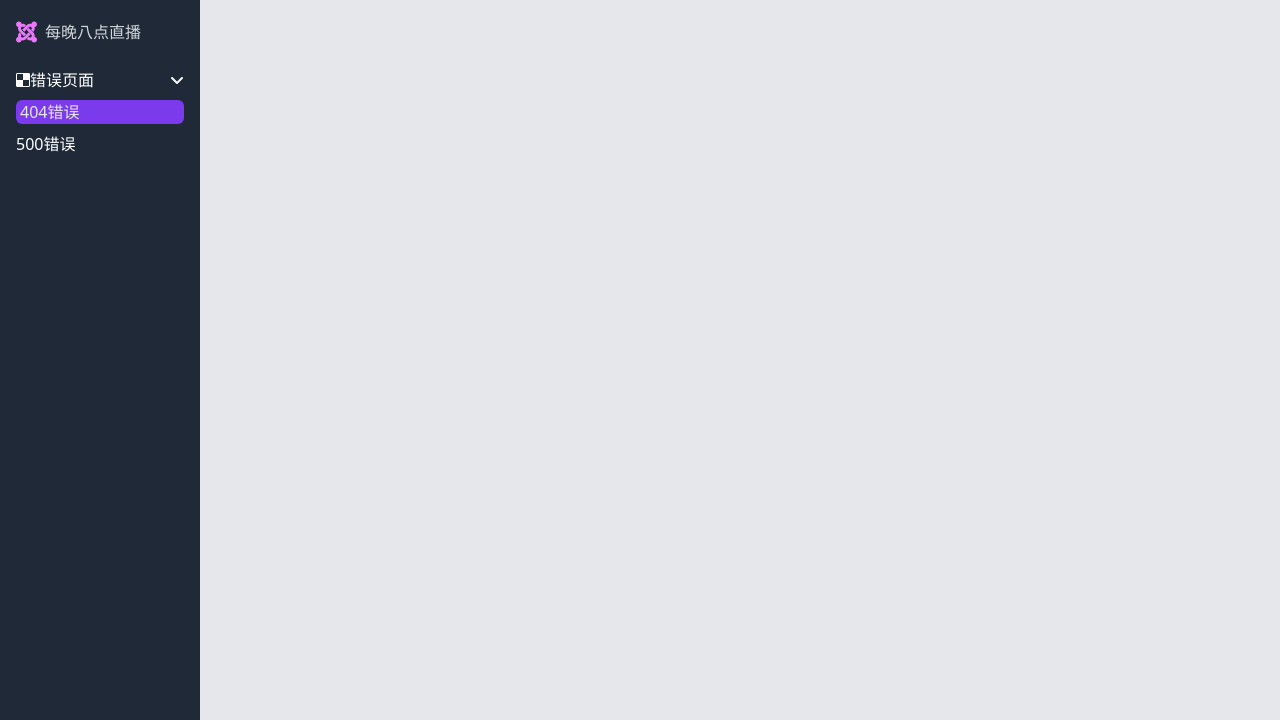
Repository: liangyingbo/vite-vue-TS
Page: /#/admin/home
These files come from the project's save history. The page is drawn as it stood at one moment and after the next save; the edit follows.
The browser window is 1280 px wide. The pictures show the whole page.
The project was rebuilt for these pictures with package versions that can differ from the ones it lists, and the page was loaded fresh each time. Also part of the build but not shown: vite.config.ts, src/components/form/HdButton.vue, src/components/form/HdInput.vue, src/components/form/hdLink.vue, src/styles/global.scss.

Above is the page before, as saved 2022-11-18 20:01:40.

### index.html
<!DOCTYPE html>
<html lang="en">
  <head>
    <meta charset="UTF-8" />
    <link rel="icon" type="image/svg+xml" href="/vite.svg" />
    <meta name="viewport" content="width=device-width, initial-scale=1.0" />
    <link href="https://cdn.bootcdn.net/ajax/libs/font-awesome/6.2.0/css/all.css" rel="stylesheet">
    <title>Vite + Vue + TS</title>
  </head>
  <body>
    <div id="app"></div>
    <script type="module" src="/src/main.ts"></script>
  </body>
</html>

### src/main.ts
import { createApp } from 'vue'
import router, { setupRouter } from '@/router'
import { setupPlugins } from '@/plugins'
import '@/styles/global.scss'
import App from './App.vue'

async function bootstrap() {
    const app = createApp(App)
    setupRouter(app)
    setupPlugins(app)
    await router.isReady()
    app.mount('#app')
}
bootstrap()

### src/router/index.ts
import { App } from 'vue';
import { createRouter, createWebHashHistory } from 'vue-router'
import routes from './routes';
import layoutRoutes from './autoLoad';
import guard from './guard';
const router = createRouter({
    history: createWebHashHistory(),
    routes : [...routes,...layoutRoutes]
})
export function setupRouter(app:App){

    guard(router)
    app.use(router)
}

export default router;

### src/plugins/index.ts
import { App } from "vue";
import { setupTailWindCssPlugin } from "./tailwindcss";

export function setupPlugins(app: App) {
    autoRegisterComponent(app)

    setupTailWindCssPlugin()
}



function autoRegisterComponent(app: App) {
    const components = import.meta.glob('../components/form/*.vue', { eager: true })
    console.log(components)
    Object.keys(components).forEach(key => {
        const name = key.split('/').pop()?.split('.')[0] as string

        app.component(name, components[key].default)
    })
}

### src/App.vue
<script setup lang="ts">

// import {info} from '@/apis/userApi'

//const response =  info()
// console.log(response.then(res=>res.data.age))
// console.log()

 </script>

 <template>

    <router-view ></router-view>
 </template>

<style scoped>
</style>

### src/router/routes.ts
import { RouteRecordRaw } from "vue-router"
 const routes = [
    {
        path:'/home',
        name:'home',
        component:() => import("@/views/home.vue"),
    }
]  as  RouteRecordRaw[]

export default routes

### src/router/autoLoad.ts
import { RouteRecordRaw } from "vue-router";


const layout = import.meta.glob('../layouts/*.vue')
const children = import.meta.glob('../views/**/*.vue')
function getRoutes() {
    const layoutRoutes = [] as RouteRecordRaw[]
    Object.entries(layout).forEach(([file, module]) => {
        const route = getRouteByModule(file, module)
        route.children = getChildrenRoutes(route)
        layoutRoutes.push(route)
    })
    return layoutRoutes
}


// 根据布局路由匹配子路由
function getChildrenRoutes(layoutRoute: RouteRecordRaw) {
    const routes = [] as RouteRecordRaw[]
    Object.entries(children).forEach(([file, module]) => {
        if (file.includes(`../views/${layoutRoute.name as string}`)) {
            const route = getRouteByModule(file, module)
            routes.push(route)
        }
    })
    return routes
}

function getRouteByModule(file: string, module: () => Promise<unknown>) {
    const name = file.replace(/.+layouts\/|.+views\/|\.vue/gi, '')
    const route = {
        name: name.replace('/', '.'),
        path: `/${name}`,
        component: module
    } as RouteRecordRaw

    return route
}
export default getRoutes()

### src/router/guard.ts
 import { RouteLocationNormalized, Router } from "vue-router"


class Guard {
    constructor(private router: Router) { }

    public run() {
          this.router.beforeEach((to,from) =>{
            console.log(to)
             if(!this.isLogin(to)) return {name:'auth.login'}


          })
    }

    private isLogin(route:RouteLocationNormalized){
        // console.log(route.meta)
        console.log(route.meta)
        return true
    }
}

export default (router: Router) => {
    new Guard(router).run()
}

### src/plugins/tailwindcss/index.ts
import './tailwindcss.css'

export function setupTailWindCssPlugin(){

}

### src/layouts/admin.vue
<template>
    <div>
         <router-view></router-view>
    </div>
</template>
<script lang="ts" setup>
import routes from "@/router/routes";


</script>

<script lang="ts">
export default {
    route:{meta:{auth:true}}
}
</script>

<style lang="scss" scoped>

</style>

### src/views/admin/home.vue
<template>
    <div class=" admin w-screen h-screen flex ">
        <div class="w-[200px] py-2 bg-gray-800">
             <div class="text-white  flex items-center py-2 px-4">
                <i class="fab fa-joomla text-2xl text-fuchsia-400 mr-2"></i>
                <span class="text-base text-gray-300">每晚八点直播</span>
             </div>
             <div class="left-container">
                <dt class="text-white mt-3">
                    <dl class="px-4">
                       <section class="flex justify-between items-center">
                        <div>
                        <i class="fab fa-delicious"></i>
                        <span>错误页面</span>
                        </div>

                        <i class="fas fa-angle-down"></i>

                       </section>
                         <dd class="my-2 px-1 bg-violet-600 rounded-md text-gray-200 cursor-pointer">404错误</dd>
                        <dd>500错误</dd>
                    </dl>
                </dt>
             </div>
        </div>
        <div class="bg-gray-200 flex-1">
            <router-view></router-view>
        </div>
    </div>
</template>

<script lang="ts" setup></script>

<style lang="scss" scoped>

</style>

Loaded but not shown: src/plugins/tailwindcss/tailwindcss.css (common file); tailwind.config.cjs (common file)

After the next save:
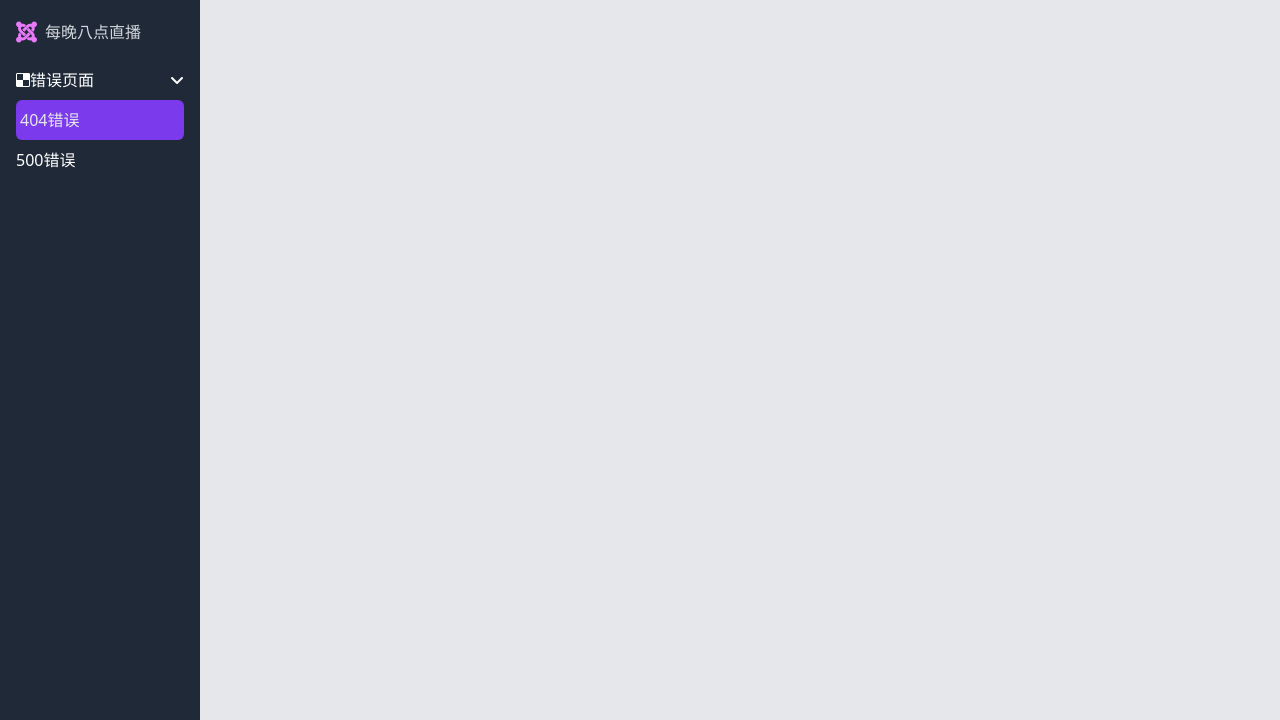
Saved 21 s later.
--- a/src/views/admin/home.vue
+++ b/src/views/admin/home.vue
@@ -17,7 +17,7 @@
                         <i class="fas fa-angle-down"></i>
 
                        </section>
-                         <dd class="my-2 px-1 bg-violet-600 rounded-md text-gray-200 cursor-pointer">404错误</dd>
+                         <dd class="my-2 px-1 py-2 bg-violet-600 rounded-md text-gray-200 cursor-pointer">404错误</dd>
                         <dd>500错误</dd>
                     </dl>
                 </dt>
